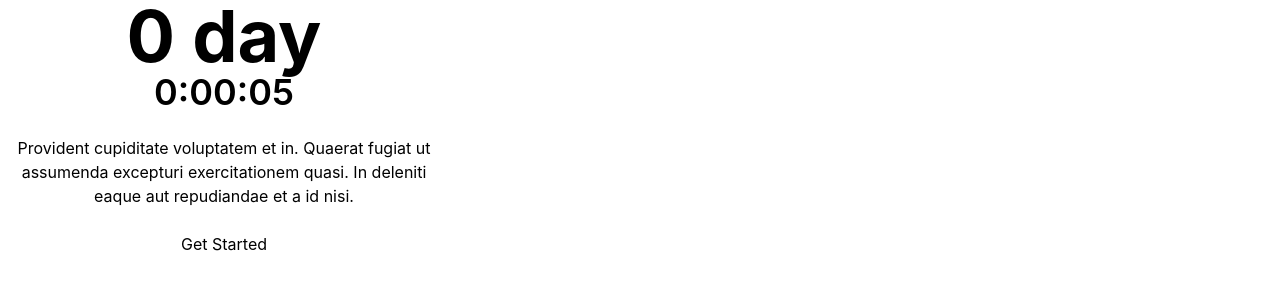
Repository: RahmanRakib9/TwentyOne
Page: /
An editor plug-in stored every save of this project. The page is shown before and after a run of saves, followed by the edit.
The browser window is 1280 px wide. The pictures show the whole page.
The project was rebuilt for these pictures with package versions that can differ from the ones it lists, and the page was loaded fresh each time.

Above is the page before, as saved 2022-10-13 17:54:30.

After the next 10 saves:
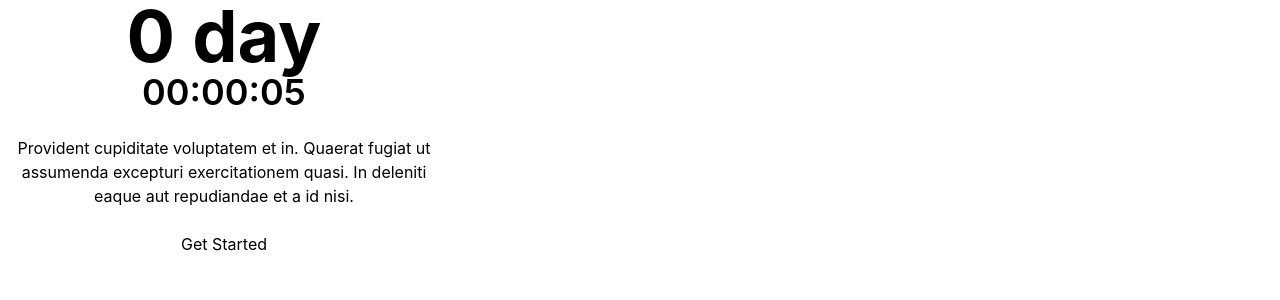
The 10 saves are shown as one change because 1 did not build or start and some came seconds apart.
The last was saved 71 s later.
--- a/src/components/Timer.js
+++ b/src/components/Timer.js
@@ -11,7 +11,8 @@ const Timer = () => {
             {day} {day > 0 || 1 ? "day" : "days"}
           </h1>
           <h3 className="text-4xl font-semibold">
-            {hour}:{minute < 10 ? "0" + minute : minute}:
+            {hour < 10 ? "0" + hour : hour}:
+            {minute < 10 ? "0" + minute : minute}:
             {second < 10 ? "0" + second : second}
           </h3>
           <p class="py-6">
